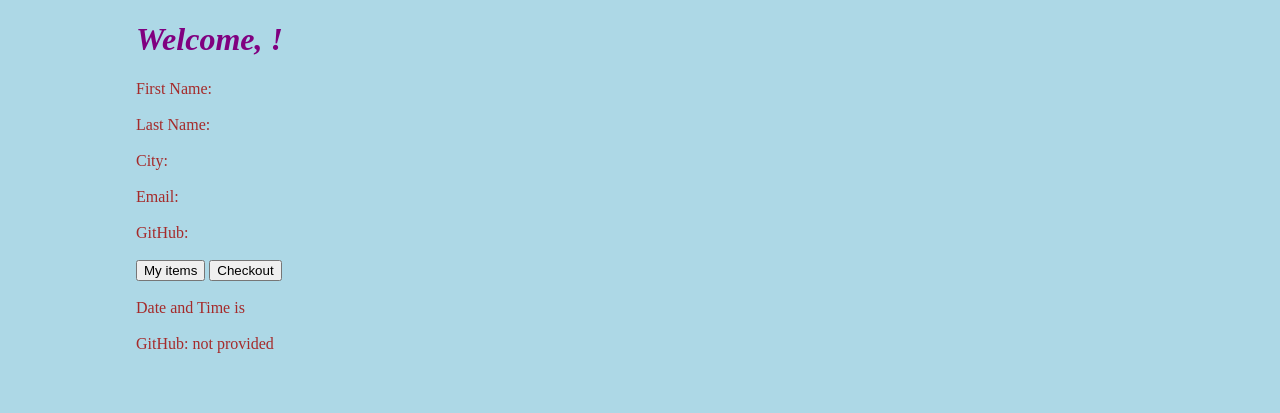
Repository: pmalayala/JavaWebProject
Page: http://localhost/SpringExample/WEB-INF/views/displayAdditionalPage.jsp
An editor plug-in stored every save of this project. The page is shown before and after the next save, followed by the edit.
The browser window is 1280 px wide. The pictures show the whole page.
The page is served by Tomcat 9. Nobody is signed in. The template is opened directly, without the code that normally fills it, so the values that code supplies are empty.

Above is the page before, as saved 2016-11-09 02:54:16.
Not found: SpringExample/SpringExample/WEB-INF/views/css/bootstrap.min.css

After the next save:
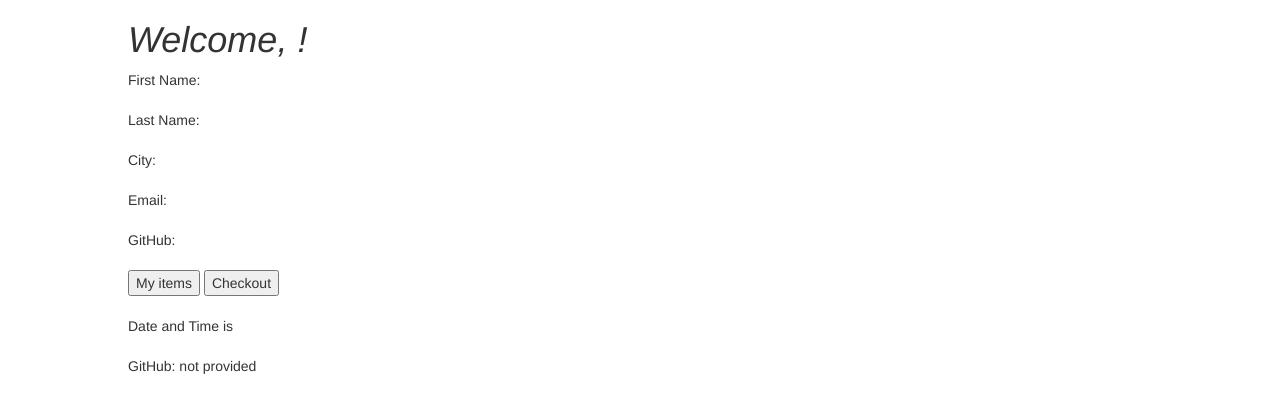
Saved 39 s later.
--- a/SpringExample/src/main/webapp/WEB-INF/views/displayAdditionalPage.jsp
+++ b/SpringExample/src/main/webapp/WEB-INF/views/displayAdditionalPage.jsp
@@ -6,7 +6,7 @@
         <meta http-equiv="Content-Type" content="text/html; charset=UTF-8">
         <title>Additional Page</title>
         <link rel="stylesheet" type="text/css" href="resources/css/myStyle.css">
-        <link href="css/bootstrap.min.css" rel="stylesheet">
+        <link rel="stylesheet" href="https://maxcdn.bootstrapcdn.com/bootstrap/3.3.7/css/bootstrap.min.css">
     </head>
     <body>
 
